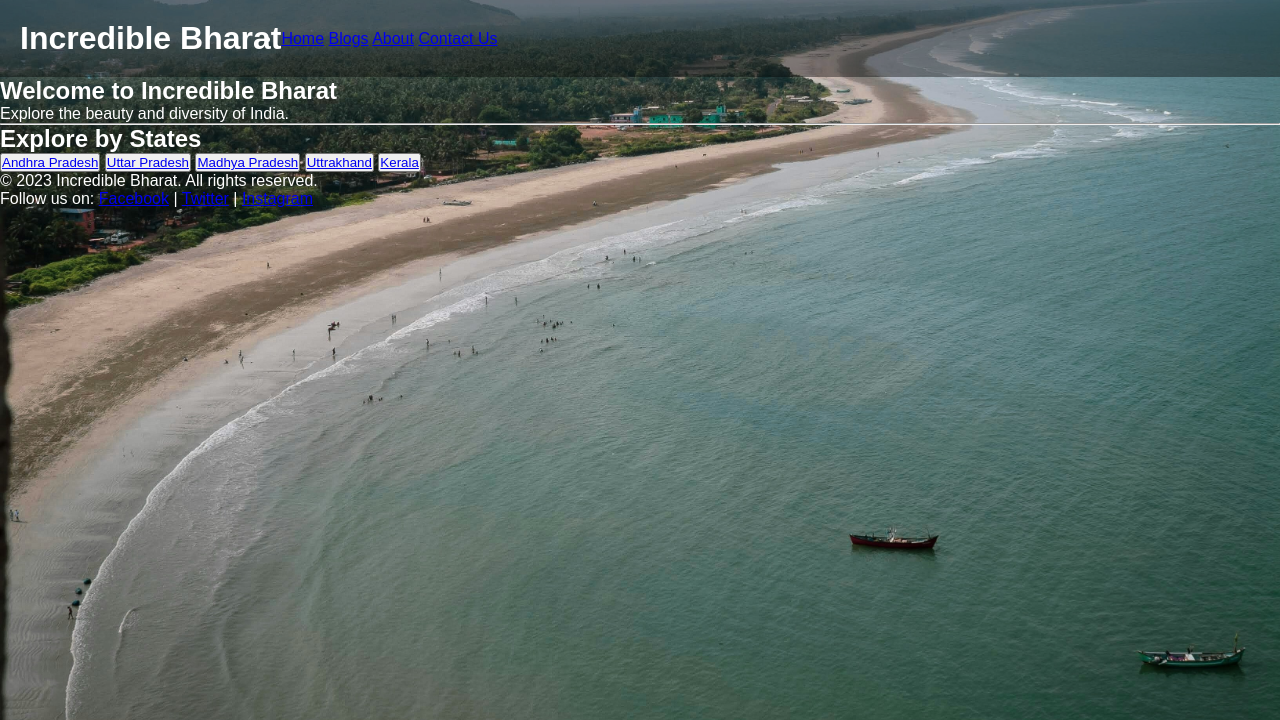
Repository: jaidhiman111/incrediblebharat
Page: index.html
The author's editor kept a copy of each file at every save. The page is drawn from the files as they stood at one save, then again after the next save.
The browser window is 1280 px wide. The pictures show the whole page.

Above is the page before, as saved 2025-04-30 21:31:00.

### index.html
<!DOCTYPE html>
<html lang="en">
<head>
    <meta charset="UTF-8">
    <link rel="stylesheet" href="/assets/style.css">
    <meta name="viewport" content="width=device-width, initial-scale=1.0">
    <title>Document</title>
</head>
<body>
    <!-- This is the header of the page. -->
    <header class="header">
        <div class="logo">
            <h1>Incredible Bharat</h1>
        </div>
        <div class="nav">
            <nav>
                <ul>
                    <li>
                        <a href="#">Home</a>
                        <a href="#">Blogs</a>
                        <a href="#">About</a>
                        <a href="#">Contact Us</a>
                    </li>
                </ul>
            </nav>
        </div>
    </header>
    <!-- This is the main content of the page. -->
     <main class="main-container">
        <section class="hero-section">
            <h2>Welcome to Incredible Bharat</h2>
            <p>Explore the beauty and diversity of India.</p>
        </section>
        <hr>
        <section class="state-section">
            <h2>Explore by States</h2>
            <button type="button"><a href="#">Andhra Pradesh</a></button>
            <button type="button"><a href="#">Uttar Pradesh</a></button>
            <button type="button"><a href="#">Madhya Pradesh</a></button>
            <button type="button"><a href="#">Uttrakhand</a></button>
            <button type="button"><a href="#">Kerala</a></button>
        </section>
     </main>
     <!-- This is the footer of the page. -->
      <footer class="footer">
        <div>
            <p>&copy; 2023 Incredible Bharat. All rights reserved.</p>
            <p>Follow us on:
                <a href="#">Facebook</a> |
                <a href="#">Twitter</a> |
                <a href="#">Instagram</a>
        </div>
      </footer>
</body>
</html>

### assets/style.css
* {
    box-sizing: border-box;
    margin: 0;
    padding: 0;
}

body {
    font-family: Arial, sans-serif;
    background-image: url('/media/bg-cover.jpg');
    background-size: cover;
    background-repeat: no-repeat;
    background-position: center;
    color: #fff;
}

.header {
    background-color: rgba(0, 0, 0, 0.4);
    display: flex;
    justify-items: space-between;
    align-items: center;
    padding: 20px;
    text-align: center;
}

After the next save:
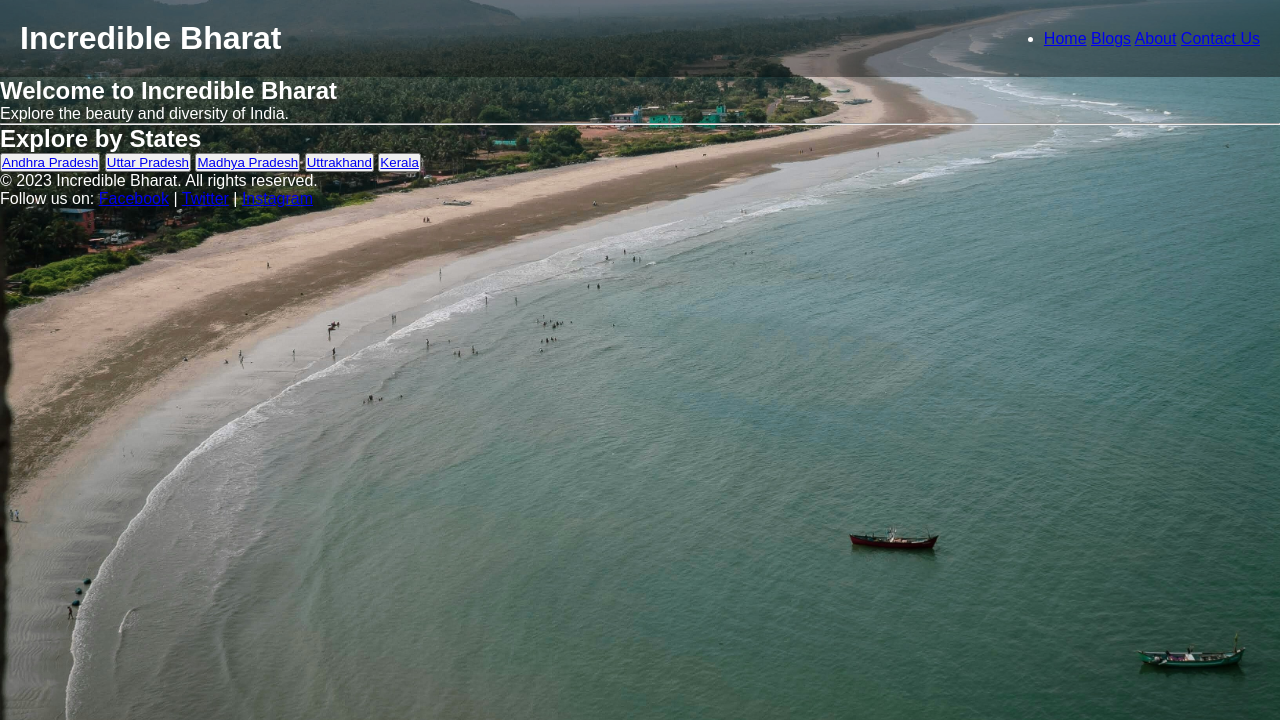
Saved 28 s later.
--- a/assets/style.css
+++ b/assets/style.css
@@ -16,7 +16,7 @@ body {
 .header {
     background-color: rgba(0, 0, 0, 0.4);
     display: flex;
-    justify-items: space-between;
+    justify-content: space-between;
     align-items: center;
     padding: 20px;
     text-align: center;
